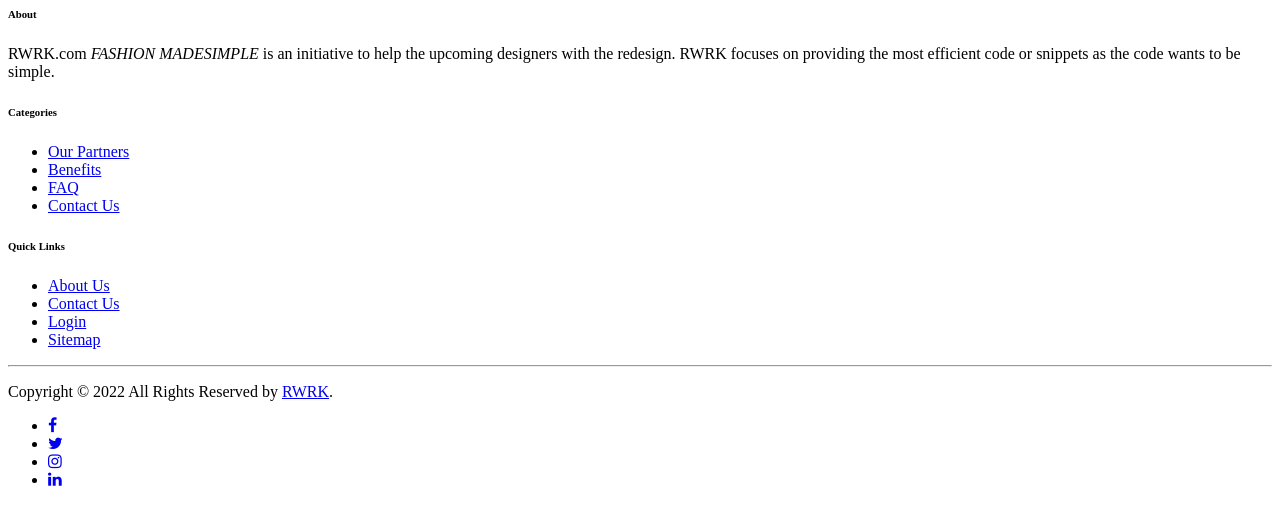
Repository: undeaDD/RWRK
Page: assets/parts/footer.html
These files come from the project's save history. The page is drawn as it stood at one moment and after the next save; the edit follows.
The browser window is 1280 px wide. The pictures show the whole page.

Above is the page before, as saved 2022-04-24 13:35:31.

### assets/parts/footer.html
<link rel="stylesheet" href="https://cdnjs.cloudflare.com/ajax/libs/font-awesome/4.7.0/css/font-awesome.min.css">
<div style="height: 300px; width: 100%;" class="bg-dark">
     <!-- Site footer -->
     <footer class="site-footer">
        <div class="container">
          <div class="row">
            <div class="col-sm-12 col-md-6">
              <h6>About</h6>
              <p class="text-justify">RWRK.com <i>FASHION MADESIMPLE </i> is an initiative  to help the upcoming designers with the redesign. RWRK focuses on providing the most efficient code or snippets as the code wants to be simple.</p>
            </div>

            <div class="col-xs-6 col-md-3">
              <h6>Categories</h6>
              <ul class="footer-links">
                <li><a href="http://scanfcode.com/category/c-language/">Our Partners</a></li>
                <li><a href="http://scanfcode.com/category/front-end-development/">Benefits</a></li>
                <li><a href="http://scanfcode.com/category/back-end-development/">FAQ</a></li>
                <li><a href="http://scanfcode.com/category/java-programming-language/">Contact Us</a></li>
              </ul>
            </div>

            <div class="col-xs-6 col-md-3">
              <h6>Quick Links</h6>
              <ul class="footer-links">
                <li><a href="http://scanfcode.com/about/">About Us</a></li>
                <li><a href="http://scanfcode.com/contact/">Contact Us</a></li>
                <li><a href="http://scanfcode.com/contribute-at-scanfcode/">Login</a></li>
                <li><a href="http://scanfcode.com/sitemap/">Sitemap</a></li>
              </ul>
            </div>
          </div>
          <hr>
        </div>
        <div class="container">
          <div class="row">
            <div class="col-md-8 col-sm-6 col-xs-12">
              <p class="copyright-text">Copyright &copy; 2022 All Rights Reserved by
           <a href="#">RWRK</a>.
              </p>
            </div>

            <div class="col-md-4 col-sm-6 col-xs-12">
              <ul class="social-icons">
                <li><a class="facebook" href="#"><i class="fa fa-facebook"></i></a></li>
                <li><a class="twitter" href="#"><i class="fa fa-twitter"></i></a></li>
                <li><a class="instagram" href="#"><i class="fa fa-instagram"></i></a></li>
                <li><a class="linkedin" href="#"><i class="fa fa-linkedin"></i></a></li>
              </ul>
            </div>
          </div>
        </div>
  </footer>

</div>

After the next save:
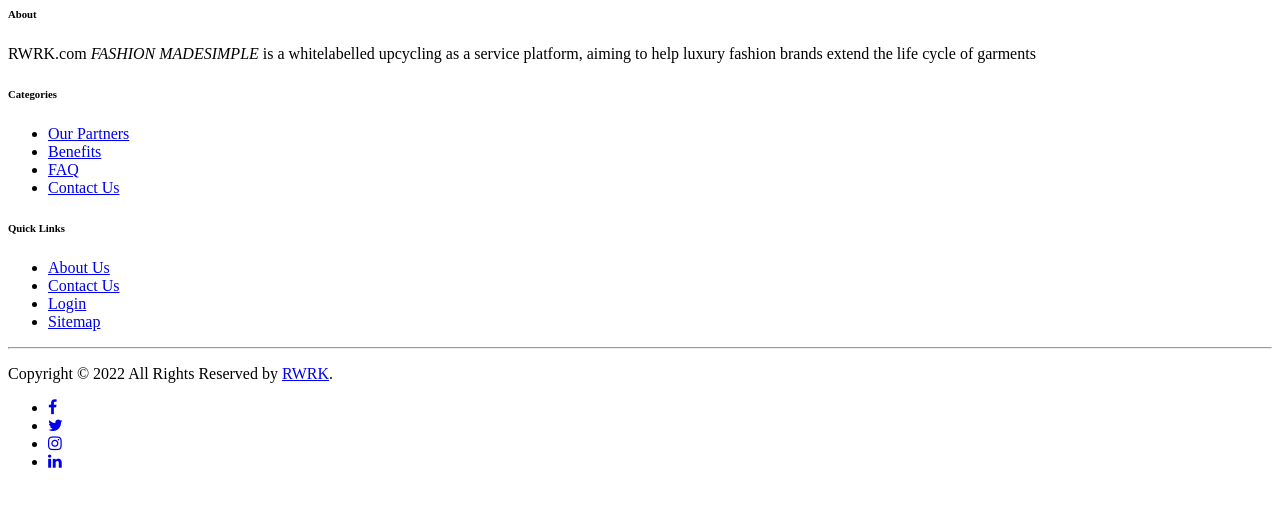
Saved 89 s later.
--- a/assets/parts/footer.html
+++ b/assets/parts/footer.html
@@ -6,7 +6,7 @@
           <div class="row">
             <div class="col-sm-12 col-md-6">
               <h6>About</h6>
-              <p class="text-justify">RWRK.com <i>FASHION MADESIMPLE </i> is an initiative  to help the upcoming designers with the redesign. RWRK focuses on providing the most efficient code or snippets as the code wants to be simple.</p>
+              <p class="text-justify">RWRK.com <i>FASHION MADESIMPLE </i> is a whitelabelled upcycling as a service platform, aiming to help luxury fashion brands extend the life cycle of garments</p>
             </div>
 
             <div class="col-xs-6 col-md-3">
